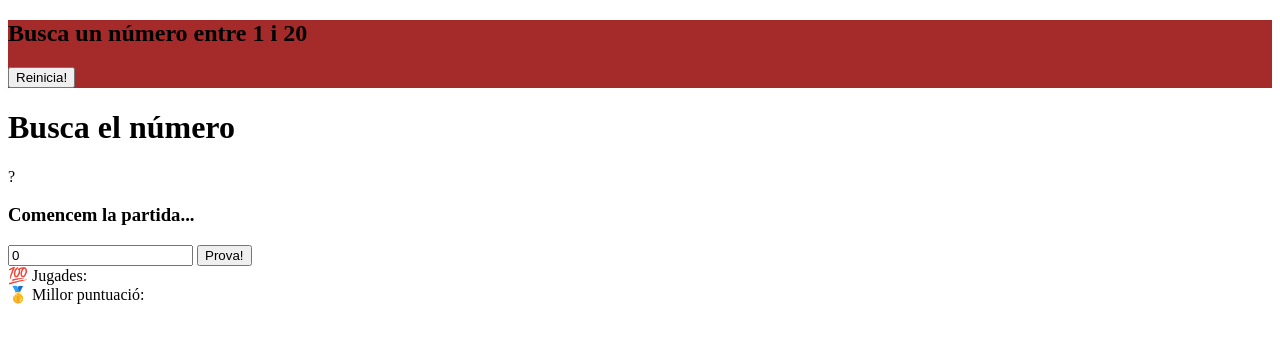
Repository: rdalmau23/M06_01
Page: index.html
The author's editor kept a copy of each file at every save. The page is drawn from the files as they stood at one save, then again after the next save.
The browser window is 1280 px wide. The pictures show the whole page.

Above is the page before, as saved 2024-10-11 11:13:01.

### index.html
<!DOCTYPE html>
<html lang="en">
<head>
    <meta charset="UTF-8">
    <meta name="viewport" content="width=device-width, initial-scale=1.0">
    <title>Endivina el número</title>
    <link rel="stylesheet" href="style.css">
    <script src="script.js"></script>
</head>
<body>
    <header>
        <h2>Busca un número entre 1 i 20</h2>
        <button id="reset">Reinicia!</button>
    </header>
    <main>
        <h1>Busca el número</h1>
        <div id="display-num">?</div>
        <h3>Comencem la partida...</h3>
    </main>
    <footer>
        <input type="number" value="0">
        <button id="play">Prova!</button>
        <div id="display-jugades">💯 Jugades: </div>
        <div id="display-result">🥇 Millor puntuació: </div>
    </footer>
</body>
</html>

### style.css
html{
    padding: 0;
    margin: 0;
}

header{
    background-color: brown;
}

Loaded but not shown: script.js (no copy from this time; the picture is the same without it)

After the next save:
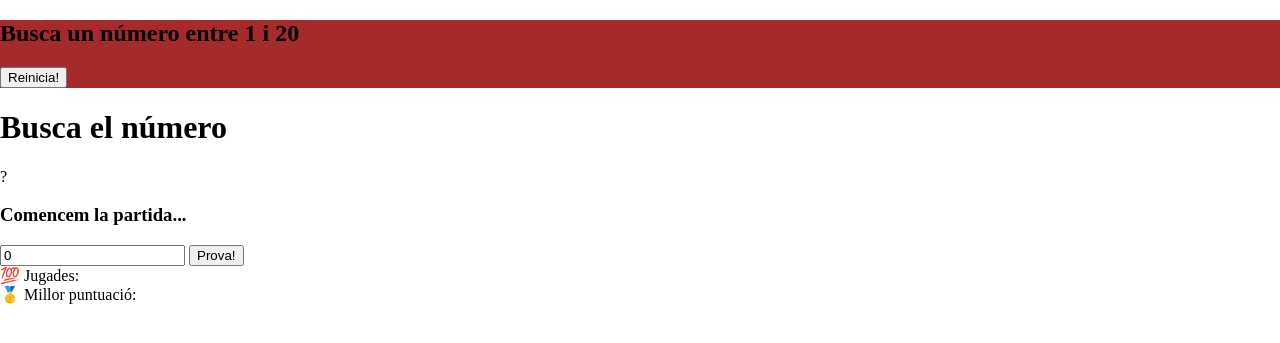
Saved 65 s later.
--- a/style.css
+++ b/style.css
@@ -1,8 +1,6 @@
-html{
-    padding: 0;
+body{
     margin: 0;
 }
-
 header{
     background-color: brown;
 }
